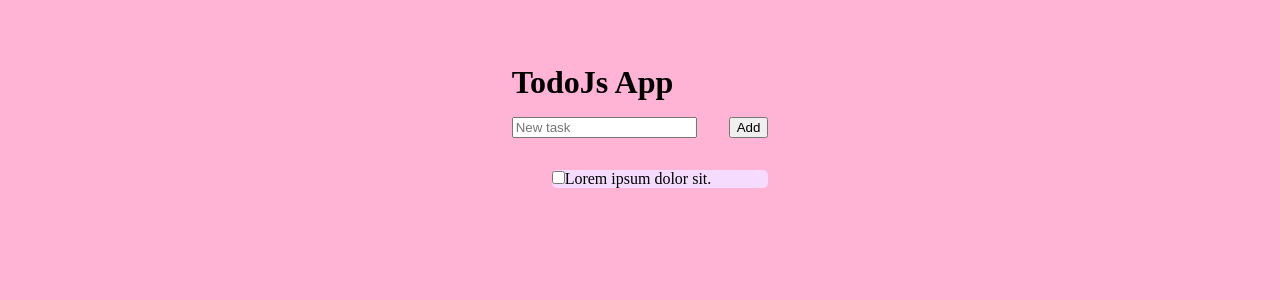
Repository: AlexandraYuhno/todo
Page: index.html
These files come from the project's save history. The page is drawn as it stood at one moment and after the next save; the edit follows.
The browser window is 1280 px wide. The pictures show the whole page.

Above is the page before, as saved 2024-06-17 16:40:09.

After the next save:
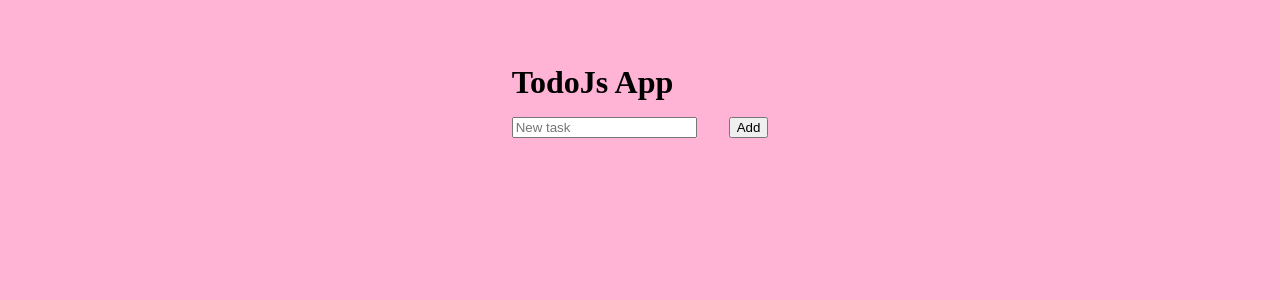
Saved 16 h 16 min later.
--- a/index.html
+++ b/index.html
@@ -16,12 +16,7 @@
             </div>
         </div>
         <ul class="todo__list" id="taskList">
-            <li class="todo__task">
-              <label class="todo__checkbox">
-                <input type="checkbox">
-                </label>
-             <div class="todo__task-title"> Lorem ipsum dolor sit.</div>
-            </li>
+
         </ul>
     </div>
     <script src="script.js"></script>
--- a/script.js
+++ b/script.js
@@ -12,9 +12,9 @@ function showTasks(){
     let taskHTML =""
     todoList.forEach(function(item, i){
       taskHTML += ` <li class="todo__task">
-                        <label class="todo__checkbox">
+                        <label class="todo__checkbox" for = id "item_${i}">
                              <input type="checkbox" id= "item_${i}">
-                        </label for = 'id= "item_${i}">
+                        </label>
                         <div class="todo__task-title"> ${item.text}</div>
                      </li>`   ;
         taskList.innerHTML = taskHTML;
